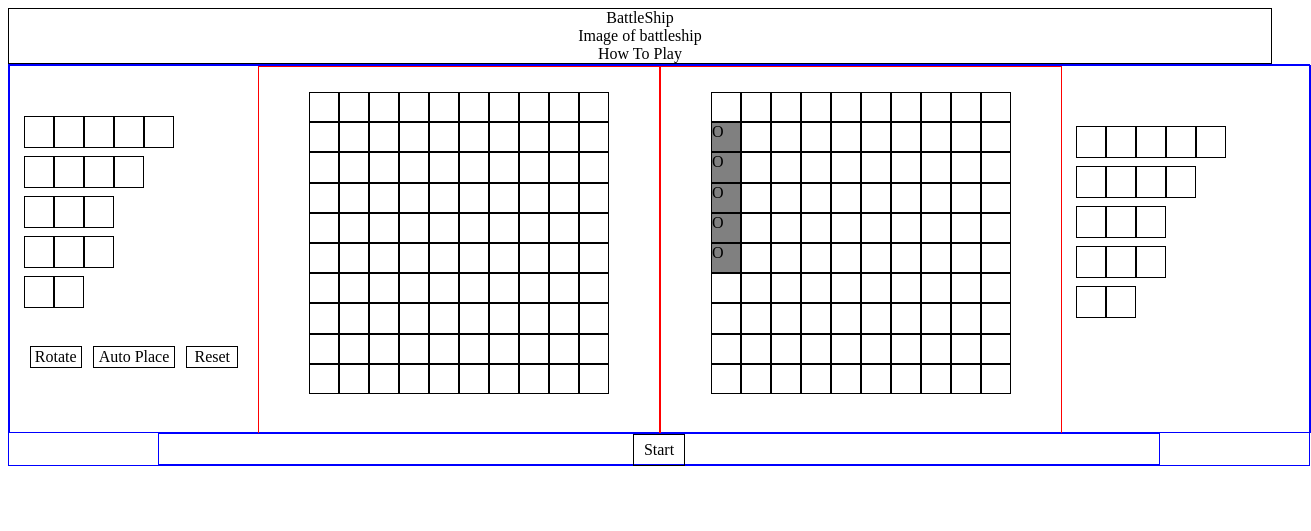
Repository: J-Haze/BattleshipApp
Page: /
An editor plug-in stored every save of this project. The page is shown before and after the next save, followed by the edit.
The browser window is 1280 px wide. The page is 1311 px wide, so the pictures cover 1311 px, including what lies to the right of the window. The pictures show the whole page.
The project was rebuilt for these pictures with package versions that can differ from the ones it lists, and the page was loaded fresh each time. Also part of the build but not shown: src/index.css.

Above is the page before, as saved 2020-09-25 14:08:18.

### src/App.js
import React from "react";
import "./App.css";
import Game from "./Components/Game";
import Header from "./Components/Header"
// import { ProgressPlugin } from "webpack";

//test

function App() {
  return (
    <div className="App">
      <Header />
      <Game />
    </div>
  );
}

export default App;

### src/App.css
/* test */
:root{
    --black: #1B262C;
}


header {
    border: 1px solid black;

    display: flex;
    flex-direction: column;
    justify-content: center;
    align-items: center;

}

/* div {
    border: 1px solid black;
} */

#how-to:hover{
    cursor: pointer;
}

#game{
    width: 1300px;
    height: 400px;
    display: flex;
    flex-direction: column;
    border: 1px solid blue;
    margin-left: auto;
    margin-right: auto;
}

.column{
    width: 400px;
    height: 100%;
    border: 1px solid red;
}

.board{
    height: 300px;
    width: 300px;
    margin-left: auto;
    margin-right: auto;
    margin-top: 25px;

    display: grid;
    grid-template-columns: repeat(1, 1fr);
    grid-template-rows: repeat(10, 1fr);
    gap: 2px;
}

.row{
    display: flex;
    /* height: 30px; */
    height: 1fr;
    width: 1fr;
}

.square{
    /* height: 100%;
    width: 10%; */
    display: flex;
    height: 100%;
    width: 10%;
    border: 1px solid black;
}

.ship{
    background-color:gray;
    height: 100%;
    width: 100%;
}

.hit{
    background-color:red;
    height: 100%;
    width: 100%;
}

.miss{
    background-color:lightblue;
    height: 100%;
    width: 100%;
}

.sunk{
    background-color:black;
    height: 100%;
    width: 100%;
}

.empty{
    /* background-color: yellow; */
    height: 100%;
    width: 100%;
}

.clickable:hover{
    background-color: rgb(205, 205, 205);
    cursor: pointer;
}

#top-row{
    display: flex;
    width: 1300px;
    height: 400px;
    border: 1px solid blue;
    margin-left: auto;
    margin-right: auto;
}

#bottom-row{
    display: flex;
    width: 1000px;
    height: 30px;
    border: 1px solid blue;
    margin-left: auto;
    margin-right: auto;
}

#start-button{
    margin-left: auto;
    margin-right: auto;
}

.fleet-square{
    width: 30px;
    height: 30px;
    border: 1px solid black;
}

.fleet-horizontal{
    height: 220px;
    width: 220px;
    margin-top: 50px;
    margin-left: auto;
    margin-right: auto;
}

.ship-harbor-horizontal{
    display: flex;
    height: 30px;
    margin-top: 10px;
    border: none;
}

.carrier-horizontal{
    width: 150px;
}

.battleship-horizontal{
    width: 120px;
}

.cruiser-horizontal{
    width: 90px;
}

.submarine-horizontal{
    width: 90px;
}

.destroyer-horizontal{
    width: 60px;
}

.fleet-vertical{
    display: flex;
    height: 220px;
    width: 220px;
    margin-top: 50px;
    margin-left: auto;
    margin-right: auto;
}

.ship-harbor-vertical{
    display: flex;
    flex-direction: column;
    width: 30px;
    margin-left: 10px;
    margin-top: 50px;
    border: none;
}

.carrier-vertical{
    height: 150px;
}

.battleship-vertical{
    height: 120px;
}

.cruiser-vertical{
    height: 90px;
}

.submarine-vertical{
    height: 90px;
}

.destroyer-vertical{
    height: 60px;
}

.toggle{
    background-color: gray;
}

.boat-placed{
    background-color: black;
    width: 30px;
    height: 30px;
    border: 1px solid black;
}

#setup{
    margin-left: auto;
    margin-right: auto;
}

#setup-buttons{
    display: flex;
    margin-top: 10px;
}

.btn{
    height: 20px;
    display: flex;
    justify-content: center;
    align-items: center;
    margin-left: auto;
    margin-right: auto;
    border: 1px solid black;
}

.btn:hover{
    cursor: pointer;
}

#rotate{
    width: 50px;
}

#auto-place{
    width: 80px;
}

#reset{
    width: 50px;
}

#start-button{
    border: 1px solid black;
    display: flex;
    justify-content: center;
    align-items: center;
    width: 50px;
    height: 30px;
}

#start-button:hover{
    cursor: pointer;
}

### src/Components/Header.js
import React from "react"
// import shipFactory from "../factories/ship"
// import gameboardFactory from "../factories/gameboard"
// import player from "../factories/player"


function Header() {
    return (
        <header>
            <div>BattleShip</div>
            <div> Image of battleship </div>
            <div id="how-to"> How To Play </div>
        </header>
    )
}


export default Header;

### src/factories/ship.js

const shipFactory = (shipLength) => {
    const shipNames = {
        1: 'Submarine',
        2: 'Destroyer',
        3: 'Cruiser',
        4: 'Battleship',
        5: 'Carrier',
    };

    const name = shipNames[shipLength];

    let ship = [];
    for (let i = 0; i < shipLength; i++) {
        ship.push([false, i, name])
    }

    let hit = (hitLocation) => {
        ship[hitLocation] = [true, hitLocation, name];
        console.log("Hit!", ship)
        console.log(`You've hit my ${name}`)
        // console.log("hits length", hit.length)
        // console.log("ship.length", ship.length)
        return ship
    }

    let isSunk = () => {
        let sunkStatus = false
        ship[0][0] == true ? sunkStatus = true : sunkStatus = false
        for (let square in ship) {
            // console.log("ship:", ship)
            // console.log(ship[square])
            sunkStatus = (ship[square][0] && sunkStatus)
        }
        // let sunkStatus = ship[0].every(Boolean);
        return sunkStatus
    }

    return {
        //id,
        name,
        shipLength,
        ship,
        hit,
        isSunk
    }
}

// const destroyer = shipFactory(2)
// const cruiser = shipFactory(3)
// const battleship = shipFactory(4)
// const carrier = shipFactory(5)

export default shipFactory;

//export default {shipFactory, destroyer, cruiser, battleship, carrier}

//Comment out with not testing
// module.exports = shipFactory;

### src/factories/gameboard.js
import shipFactory from "./ship"

const destroyer = shipFactory(2)
const submarine = shipFactory(3)
const cruiser = shipFactory(3)
const battleship = shipFactory(4)
const carrier = shipFactory(5)

const gameboardFactory = () => {
    let board = [];
    for (let a = 0; a <= 99; a++) {
        board.push(null)
    }
    // let boatsSunk = ["cruiser", "battleship", "carrier"];
    let boatsSunk = [];
    let allSunk = false;

    let boatsPlaced = [];
    let allPlaced = false;

    const placeShip = (shipName, position, orient) => {

        // console.log("incoming ship:", typeof(shipName))

        if (boatsPlaced.includes(shipName)) {
            console.log("Ship already placed")
            return board
        }

        let shipLength = "";
        let shipNameVar = "";

        if (shipName == "carrier") {
            shipLength = 5;
            shipNameVar = shipFactory(5);
        } else if (shipName == "battleship") {
            shipLength = 4;
            shipNameVar = shipFactory(4);
        } else if (shipName == "cruiser" || shipName == "submarine") {
            shipLength = 3;
            shipNameVar = shipFactory(3);
        } else if (shipName == "destroyer") {
            shipLength = 2;
            shipNameVar = shipFactory(2);
        } else {
            console.log("Error- in gameboard.placeShip")
            return board
        };


        console.log(shipNameVar)

        //Checks for valid move
        let endPoint = 0;
        let closestEdge = 99;

        if (orient == "horizontal") {
            for (let b = position; b < (position + shipLength); b++) {
                if (board[b] != null) {
                    console.log("Illegal placement: ship already on square")
                    return board
                }
            };

            endPoint = ((position + shipLength - 1) / 10);
            closestEdge = ((Math.ceil(position / 10)) - 0.1);
        }

        if (orient == "vertical") {
            for (let c = position; c < (position + shipLength * 10); c += 10) {
                if (board[c] != null) {
                    console.log(`Illegal placement: ship already on square: ${c}`)
                    return board
                }
            };

            endPoint = ((position + ((shipLength - 1) * 10)));
            closestEdge = 99;
        }


        if ((endPoint > closestEdge)) {
            console.log("Illegal placement: over edge of board")
            return board
        }

        //Places the ship
        for (let square in board) {
            if ((position == square && (orient == "horizontal"))) {
                for (let z = position; z < (position + shipLength); z++) {
                    board.splice(z, 1, shipNameVar.ship[z - position])
                }
                // console.log("HERE", shipNameVar.ship)
                // boatsPlaced.push(shipNameVar)
            } else if ((position == square && (orient == "vertical"))) {
                for (let z = position; z < (position + shipLength * 10); z += 10) {
                    // let w = Math.round(z/10)
                    // console.log(z)
                    board.splice(z, 1, shipNameVar.ship[(z - position) / 10])
                }
            }
            boatsPlaced.push(shipName);

            if (boatsPlaced.length > 4) {
                allPlaced = true;
                console.log("ALL BOATS PLACED")
            }
        }
        // console.log({ board })
        return board
    }

    const receiveAttack = (attackPosition) => {
        let attackID = board[attackPosition];

        //Change to if (board[attackPosition] != "false")
        if (board[attackPosition] == null) {
            console.log("Attack missed")
            board[attackPosition] = "miss";
            console.log("New Board Internal:", { board })
            return board
        }

        if ((attackID[0] == true) || (board[attackPosition] == "miss")) {
            console.log("Already guessed this position")
            return board
        }

        if (attackID[0] == false) {
            console.log("Receive Attack hit!")
            let hitLocation = attackID[1];
            let boatHitString = attackID[2];
            let boatHit = "";

            if (boatHitString == "Carrier") {
                boatHit = carrier;
            } else if (boatHitString == "Battleship") {
                boatHit = battleship;
            } else if (boatHitString == "Cruiser") {
                boatHit = cruiser;
            } else if (boatHitString == "Destroyer") {
                boatHit = destroyer;
            } else if (boatHitString == "Submarine") {
                boatHit = submarine;
            }

            console.log({ boatHit })

            boatHit.hit(hitLocation);
            board[attackPosition][0] = true;

            console.log("isSunk?", boatHit.isSunk())

            if (boatHit.isSunk()) {
                console.log(`Player's ${boatHitString} is sunk!`)
                //change all squares in boatHit from "hit" to "sunk"?
                //Or just have a pop up (i think the board game doesn't change to "sunk")
                boatsSunk.push(boatHitString)
                console.log({ boatsSunk })
            }

            if (boatsSunk.length > 4) {
                allSunk = true;
                console.log("ALL BOATS SUNK")
            }

            console.log("everyBoolean:", boatHit.ship[0])
            console.log("New Board:", { board })
            console.log("New Ship:", { boatHit })
        }

        return board

    }

    const getBoard = () => board;

    return {
        board,
        placeShip,
        boatsPlaced,
        allPlaced,
        receiveAttack,
        allSunk
    }
}



export default gameboardFactory;

### src/factories/player.js
// import shipFactory from "./ship"
import gameboardFactory from "./gameboard"

const player = (playerName) => {
    // const submarine = shipFactory(1)
    // const destroyer = shipFactory(2)
    // const cruiser = shipFactory(3)
    // const battleship = shipFactory(4)
    // const carrier = shipFactory(5)
    const getBoard = gameboardFactory();
    const gameboard = getBoard;
    let attackCoord = 100;
    let index = 100;

    const squaresToGuess = [];

    for (let i = 0; i <= 99; i++) {
        squaresToGuess.push(i);
    }
    // console.log(squaresToGuess)

    //Randomly sends an attack
    const sendAttack = (coord) => {
        // if (playerName == "Computer") {
        // }

        if (playerName == "Player") {
            attackCoord = coord;
            index = squaresToGuess.indexOf(attackCoord);
            squaresToGuess.splice(index, 1);
        } else {
            // console.log("s2g", squaresToGuess.length - 1)
            attackCoord = Math.floor(Math.random() * (squaresToGuess.length - 1));
            index = squaresToGuess.indexOf(attackCoord);
            squaresToGuess.splice(index, 1);
        }

        // console.log({ attackCoord })
        console.log("squares to guess:", squaresToGuess)
        return attackCoord
    }



    //send attack will take coordinates and "send an attack" to the OPPOSING board
    //Need to make sure it has an array of 0-99 and takes away the guessed numbers from that array.
    //random between 0 and array.length

    return {
        gameboard,
        squaresToGuess,
        sendAttack
    }
}








export default player;

### src/Components/Board.js
import React, { useState, useEffect } from "react"
// import shipFactory from "../factories/ship"
// import gameboardFactory from "../factories/gameboard"
// import player from "../factories/player"
// import Square from "./Square.js"
import Row from "./Row.js"
// import Player from "./Player.js"

function Board(props) {
    let { id, board, phase, boardID, handlePlaceShip, update } = props;

    // console.log("123:", {board})
    // let squares = board;
    // console.log({ squares })

    const [rowState, setRows] = useState([]);

    // let rows = [];


    useEffect(() => {
        let rows = [];
        for (let i = 0; i < board.length; i += 10) {
            rows.push(board.slice(i, i + 10));
        }
        setRows(rows);
        console.log("inner board:", board)
        // console.log("rows", rows)
        // console.log("New Rows:", rowState)
        // console.log("Use Effect Board")
    }, [update]
        // [board]
    );



    return (
        <div id={id} className="board">
            {/* {squareItems} */}
            {rowState.map((row, i) => {
                return (
                    <Row
                        key={i}
                        roww={i}
                        rowObj={row}
                        phase={phase}
                        boardID={boardID}
                        handlePlaceShip={handlePlaceShip}
                    // position={[i, j]}
                    // position={square}
                    // key={square.}
                    // key={book.title}
                    // book={book}
                    // handleDelete={handleDelete}
                    // toggleRead={toggleRead}
                    // toggleReading={toggleReading}
                    // toggleNotRead={toggleNotRead}
                    />
                );
            })
            }
        </div>
    )
}

export default Board;

### src/Components/Row.js
import React, { useState, useEffect } from "react"
// import shipFactory from "../factories/ship"
// import gameboardFactory from "../factories/gameboard"
// import player from "../factories/player"
import Square from "./Square"

function Row(props) {
    let { roww, rowObj, handleClick, phase, boardID, handlePlaceShip } = props;

    // console.log({ rowObj });
    // const [rowwState, setRoww] = useState([roww]);

    // useEffect(() => {
    //     setRoww(roww);
    // },
    //     [roww]
    // );



    return (
        // <div className="row">
        //     {rowObj}
        // </div>
        <div className="row">
            {rowObj.map((square, j) => {
                return (
                    <Square
                        key={j}
                        row={roww}
                        col={j}
                        squareObj={square}
                        handleClick={handleClick}
                        phase={phase}
                        boardID={boardID}
                        handlePlaceShip={handlePlaceShip}
                    />
                );
            })
            }
        </div>
    )
};
export default Row;

### src/Components/ComputerFleet.js
import React, { useState, useEffect } from "react"

function ComputerFleet(props) {

    console.log("key", props.key)
    console.log("id", props.id)

    let sunkCarrier = "";
    let sunkBattleship = "";
    let sunkCruiser = "";
    let sunkSubmarine = "";
    let sunkDestroyer = "";

    // useEffect(() => {
    //     if (props.placingShip == "carrier") {
    //         toggledCarrier = " toggle";
    //     } else {
    //         toggledCarrier = "";
    //     };
    // }, []
    // );

    // if (props.sunkCarrier == true) {
    //     toggledCarrier = " sunk";
    // } else {
    //     toggledCarrier = "";
    // };

    // if (props.placingShip == "battleship") {
    //     toggledBattleship = " sunk";
    // } else {
    //     toggledBattleship = "";
    // };

    // if (props.placingShip == "cruiser") {
    //     toggledCruiser = " sunk";
    // } else {
    //     toggledCruiser = "";
    // };

    // if (props.placingShip == "submarine") {
    //     toggledSubmarine = " sunk";
    // } else {
    //     toggledSubmarine = "";
    // };

    // if (props.placingShip == "destroyer") {
    //     toggledDestroyer = " sunk";
    // } else {
    //     toggledDestroyer = "";
    // };

    // props.sunkShips





    return (
        <div id={props.id} className="fleet-horizontal" >
            <div className={`carrier-horizontal ship-harbor-horizontal${sunkCarrier}`} >
                <div className="fleet-square"></div>
                <div className="fleet-square"></div>
                <div className="fleet-square"></div>
                <div className="fleet-square"></div>
                <div className="fleet-square"></div>
            </div>
            <div className={`battleship-horizontal ship-harbor-horizontal${sunkBattleship}`} >
                <div className="fleet-square"></div>
                <div className="fleet-square"></div>
                <div className="fleet-square"></div>
                <div className="fleet-square"></div>
            </div>
            <div className={`cruiser-horizontal ship-harbor-horizontal${sunkCruiser}`} >
                <div className="fleet-square"></div>
                <div className="fleet-square"></div>
                <div className="fleet-square"></div>
            </div>
            <div className={`submarine-horizontal ship-harbor-horizontal${sunkSubmarine}`} >
                <div className="fleet-square"></div>
                <div className="fleet-square"></div>
                <div className="fleet-square"></div>
            </div>
            <div className={`destroyer-horizontal ship-harbor-horizontal${sunkDestroyer}`} >
                <div className="fleet-square"></div>
                <div className="fleet-square"></div>
            </div>
        </div >
    )


};

export default ComputerFleet;

### src/Components/Square.js
import React, { useState, useEffect } from "react"
// import shipFactory from "../factories/ship"
// import gameboardFactory from "../factories/gameboard"
// import player from "../factories/player"

function Square(props) {

    const id = (props.row * 10 + props.col)

    console.log("Square Props", { props })

    // if (props.squareObj != null) {
    //     console.log("ID and Object:", id, props.squareObj[0])
    // }

    // let renderedSquare = () => {

    // };


    let attackClick = () => props.handleClick(id);
    let placementClick = () => props.handlePlaceShip(id);

    let placementMode = null;
    let playerAttack = null;

    if (props.phase == "setup") {
        placementMode = placementClick;
        playerAttack = null;
    } else if (props.phase == "playerTurn") {
        placementMode = null;
        playerAttack = attackClick;
    }

    console.log("props.boardID", props.boardID)

    let playerClickable = "";
    if (props.phase == "setup") {
        playerClickable = " clickable"
    } else {
        playerClickable = "";
    }

    if (props.boardID == "player") {
        return (
            <div className="square">
                {(props.squareObj != null) ?
                    ((props.squareObj[0] == false) ?
                        (<div className="ship" key={id}>O</div>) :
                        (props.squareObj[0] == true) ?
                            (<div className="hit" key={id}>X</div>) :
                            (props.squareObj[0] == "sunk") ?
                                (<div className="sunk" key={id}>X</div>) :
                                (props.squareObj == "miss") ?
                                    (<div className="miss" key={id}>X</div>) :
                                    (<div>error</div>)) :
                    (<div className={`empty ${playerClickable}`} key={id} onClick={placementMode}></div>)
                }
            </div>
        )
    } else {
        return (
            <div className="square">
                {(props.squareObj != null) ?
                    ((props.squareObj[0] == false) ?
                        (<div className="ship" key={id} onClick={playerAttack}>O</div>) :
                        (props.squareObj[0] == true) ?
                            (<div className="hit" key={id}>X</div>) :
                            (props.squareObj[0] == "sunk") ?
                                (<div className="sunk" key={id}>X</div>) :
                                (props.squareObj == "miss") ?
                                    (<div className="miss" key={id}>X</div>) :
                                    (<div>error</div>)) :
                    (<div className="empty" key={id} onClick={playerAttack}></div>)
                }
            </div>
        )
    }


}

export default Square;

Loaded but not shown: public/index.html (common file); src/index.js (common file); src/serviceWorker.js (common file); src/Components/Game.js (305 lines, source omitted); src/Components/PlayerFleet.js (167 lines, source omitted)

After the next save:
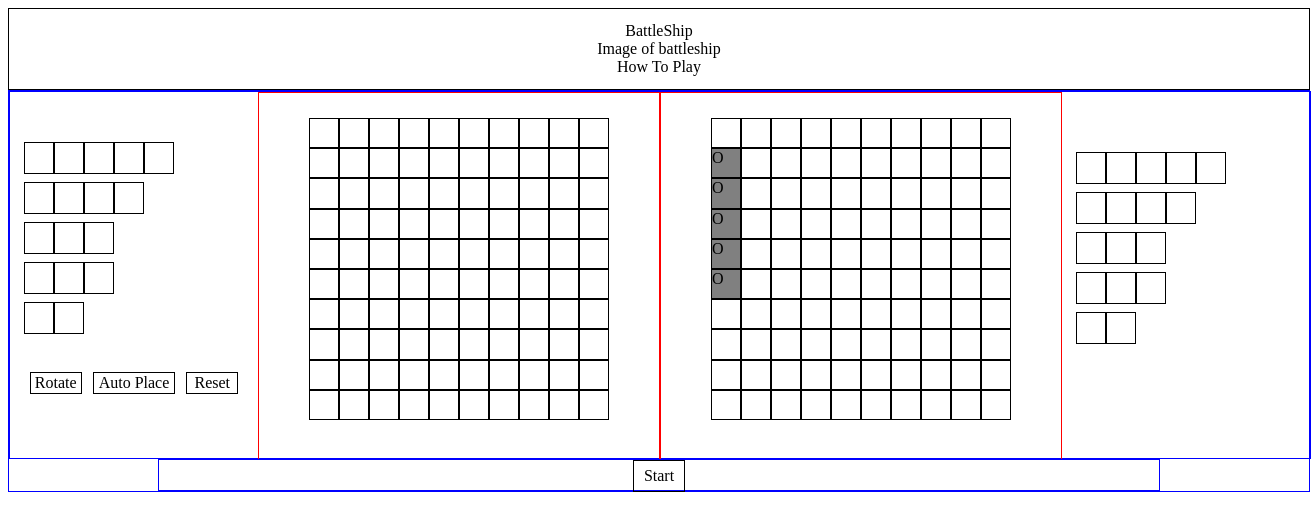
Saved 15 min 39 s later.
--- a/src/App.css
+++ b/src/App.css
@@ -11,6 +11,10 @@ header {
     flex-direction: column;
     justify-content: center;
     align-items: center;
+    margin-left: auto;
+    margin-right: auto;
+    width: 1300px;
+    height: 80px;
 
 }
 
